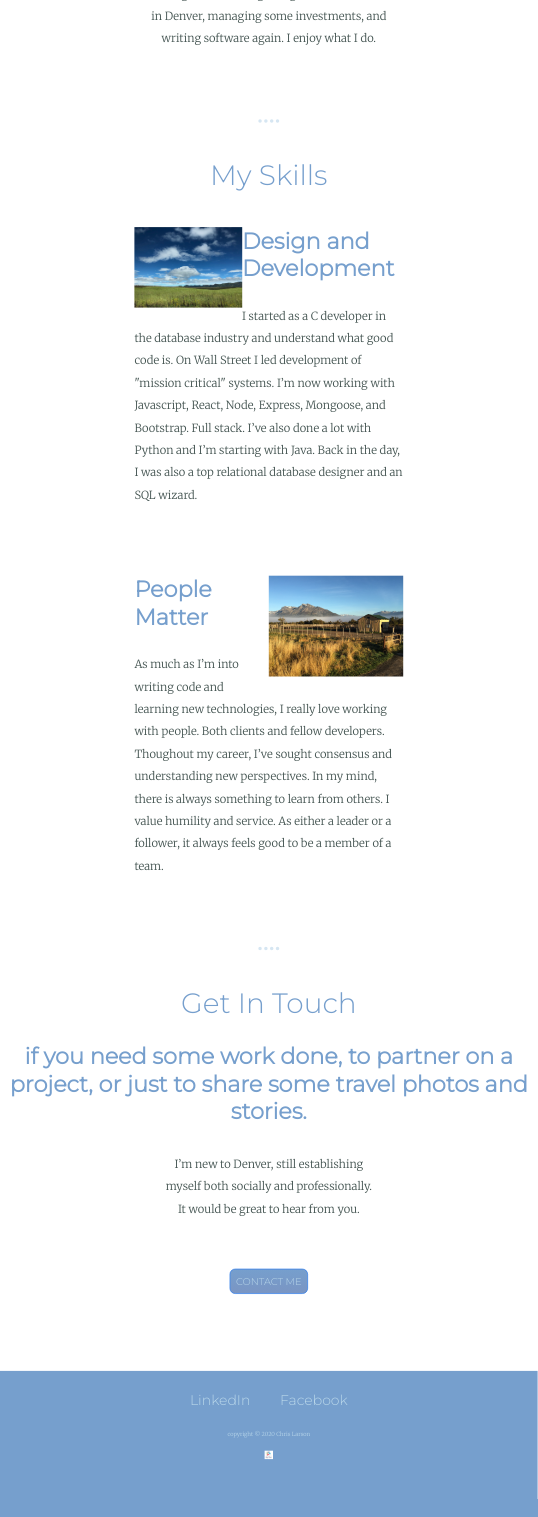
Repository: EpiTao-LLC/Personal_web_page
Page: index.html
These files come from the project's save history. The page is drawn as it stood at one moment and after the next save; the edit follows.
The browser window is 768 px wide. The pictures show the part of the page from y = 1489 to 3729 px (the page is 3656 px tall before and 3729 px after), at 70% of full size.

Above is the page before, as saved 2020-08-30 14:58:17.

After the next save:
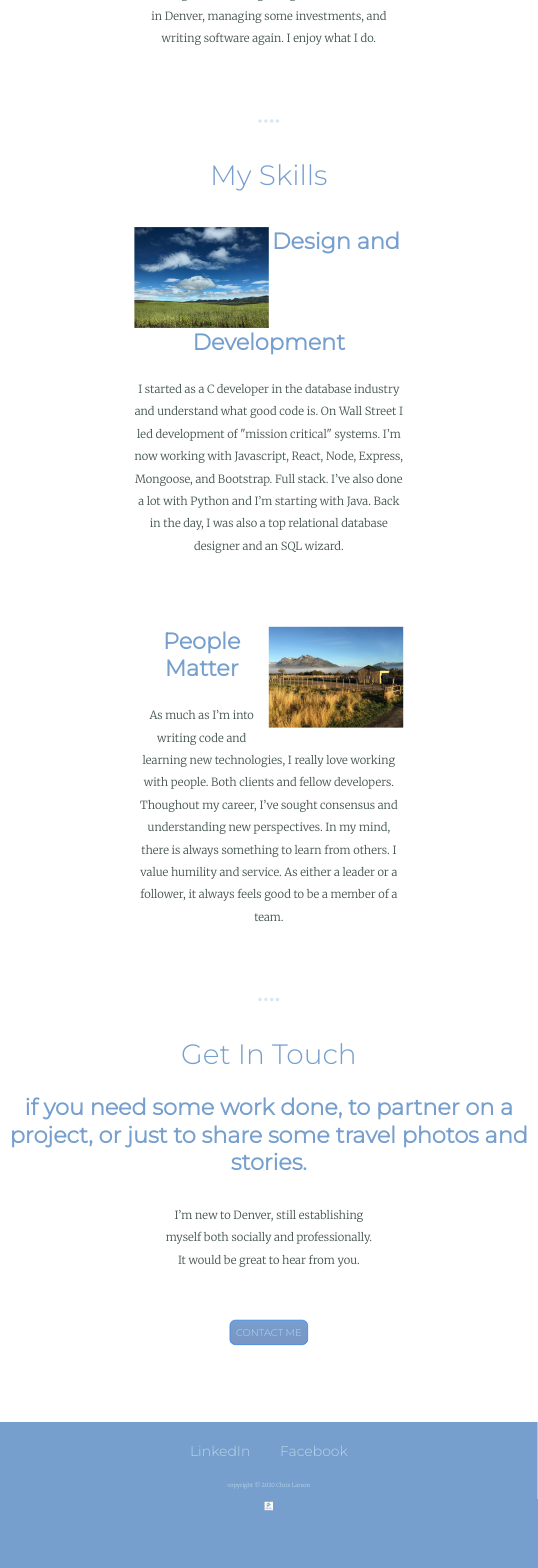
Saved 2 min 54 s later.
--- a/css/styles.css
+++ b/css/styles.css
@@ -168,9 +168,14 @@ a:hover{
         margin-top: 100px;
 
     }
+    .skill-row {
+        width: 50%;
+        margin: 50px auto 100px auto;
+        text-align: center;
+    }
     .skills-img-1 {
-        width: 40%;
-        height: 40%;
+        width: 50%;
+        height: 50%;
         float: center;
         margin-right: 0px;
     }
